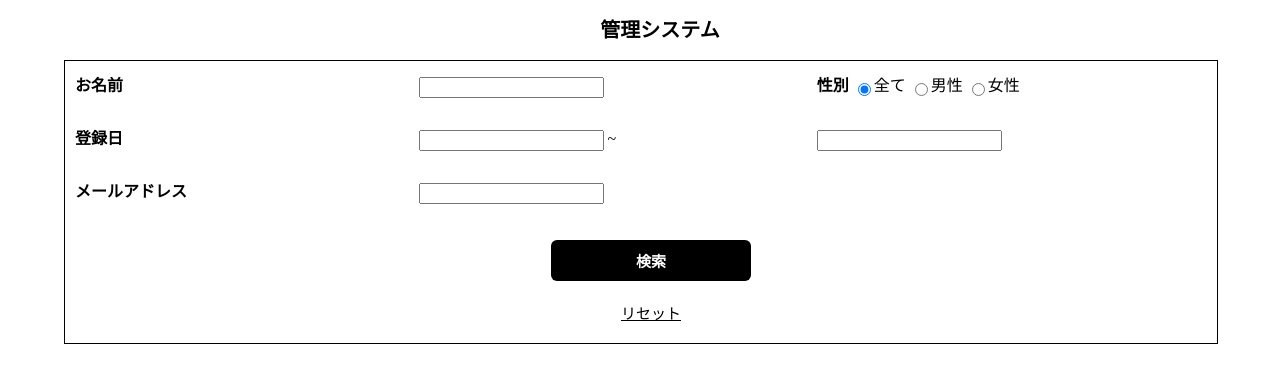
Repository: masanarimiura/20220723_miura_advance_test
Page: http://localhost/manage
The author's editor kept a copy of each file at every save. The page is drawn from the files as they stood at one save, then again after the next save.
The browser window is 1280 px wide. The pictures show the whole page.
The page is served by the project's Laravel application, run on PHP 8.4 with Laravel 8. Other server files are loaded and not shown.

Above is the page before, as saved 2022-07-19 20:30:04.

### routes/web.php
<?php

use Illuminate\Support\Facades\Route;
use App\Http\Controllers\ContactController;


Route::get('/', [ContactController::class, 'index']);
Route::post('/', [ContactController::class, 'input']);
Route::get('/confirm', [ContactController::class, 'retype']);
Route::post('/confirm', [ContactController::class, 'store']);
Route::get('/thanks', [ContactController::class, 'thanks']);
Route::get('/manage', [ContactController::class, 'manage']);

### app/Http/Controllers/ContactController.php
<?php

namespace App\Http\Controllers;

use Illuminate\Http\Request;
use App\Models\Contact;
use App\Http\Requests\ClientRequest;

class ContactController extends Controller
{
    public function index()
    {
        return view('index');
    }

    public function input(ClientRequest $request)
    {
        return view('confirm',$request);
    }

    public function retype(Request $request)
    {
        return redirect('/')->withInput();
    }

    public function store(Request $request)
    {
        // 登録処理
        return view('thanks');
    }

    public function thanks()
    {
        return view('thanks');
    }

    public function manage()
    {
        return view('manage');
    }



    // public function search(Request $request)
    // {
    //     $item = Contact::find($request->input);
    //     $param = [
    //         'item' => $item,
    //         'input' => $request->input
    //     ];
    //     return view('find', $param);
    // }
}

### resources/views/manage.blade.php
<!DOCTYPE html>
<html lang="ja">

<head>
  <meta charset="UTF-8">
  <meta name="viewport" content="width=device-width, initial-scale=1.0">
  <meta http-equiv="X-UA-Compatible" content="ie=edge">
  <title>advance_test</title>
  <style>
    html, body, div, span, object, iframe,
h1, h2, h3, h4, h5, h6, p, blockquote, pre,
abbr, address, cite, code,
del, dfn, em, img, ins, kbd, q, samp,
small, strong, sub, sup, var,
b, i,
dl, dt, dd, ol, ul, li,
fieldset, form, label, legend,
table, caption, tbody, tfoot, thead, tr, th, td,
article, aside, canvas, details, figcaption, figure,
footer, header, hgroup, menu, nav, section, summary,
time, mark, audio, video {
    margin:0;
    padding:0;
    border:0;
    outline:0;
    font-size:100%;
    vertical-align:baseline;
    background:transparent;
}

body {
    line-height:1;
}

article,aside,details,figcaption,figure,
footer,header,hgroup,menu,nav,section {
    display:block;
}

nav ul {
    list-style:none;
}

blockquote, q {
    quotes:none;
}

blockquote:before, blockquote:after,
q:before, q:after {
    content:'';
    content:none;
}

a {
    margin:0;
    padding:0;
    font-size:100%;
    vertical-align:baseline;
    background:transparent;
}

/* change colours to suit your needs */
ins {
    background-color:#ff9;
    color:#000;
    text-decoration:none;
}

/* change colours to suit your needs */
mark {
    background-color:#ff9;
    color:#000;
    font-style:italic;
    font-weight:bold;
}

del {
    text-decoration: line-through;
}

abbr[title], dfn[title] {
    border-bottom:1px dotted;
    cursor:help;
}

table {
    border-collapse:collapse;
    border-spacing:0;
}

/* change border colour to suit your needs */
hr {
    display:block;
    height:1px;
    border:0;
    border-top:1px solid #cccccc;
    margin:1em 0;
    padding:0;
}

input, select {
    vertical-align:middle;
}
/* ここまでreset.css */
.manage {
  width:90%;
  margin: 0 auto;
}
.manage h2{
  text-align:center;
  padding: 20px;
  font-size:20px;
  width: 100%;
}
.system {
  width:100%;
  border:solid 1px black;
}
.system form {
  width: 100%;
}
.system form table {
  width: 100%;
}
.system form table tr th {
  width: 30%;
  font-weight: bold;
  text-align: left;
  padding-left: 10px;
}
.system form table tr td {
  padding: 1em .5em;
}




.search-gender p {
  display: inline;
  font-weight: bold;
}




.submit-box {
  text-align:center;
  padding: 10px;
  font-size:20px;
  width: 100%;
}
.submit-btn{
  border-radius: 6px;
  margin: 10px auto 0;
  padding-top: 10px;
  padding-bottom: 10px;
  width: 200px;
  display: block;
  background: black;
  color: #fff;
  font-weight: bold;
  font-size: 15px;
  border: none;
  cursor: pointer;
}
.return-btn{
  border: none;
  margin: 0 auto;
  padding-bottom: 10px;
  display: block;
  background: #fff;
  color: black;
  font-size: 15px;
  text-decoration:underline;
  cursor: pointer;
}






.show-data {
  width:100%;
}
  </style>
</head>

<body>
  <div class="manage">
    <h2>管理システム</h2>
    <div class="system">
      <form action="">
        <table>
          @csrf
          <tr>
            <th>お名前</th>
            <td>
              <input type="text" name="full_name-search" value="" >
            </td>
            <td class="search-gender">
              <p>性別</p>
              <input type="radio" name="gender" value="全て" checked class="check-box">全て
              <input type="radio" name="gender" value="男性" class="check-box">男性
              <input type="radio" name="gender" value="女性" class="check-box">女性
            </td>
          </tr>
          <tr>
            <th>登録日</th>
            <td>
              <input type="text" name="begin-search-date" value="" >
              <span>~</span>
            </td>
            <td>
              <input type="text" name="end-search-date" value="" >
            </td>
          </tr>
          <tr>
            <th>メールアドレス</th>
            <td>
              <input type="text" name="email-search" value="" >
            </td>
          </tr>
        </table>
        <div class="submit-box">
          <button type="submit" class="submit-btn">検索</button>
        </div>
        <div class="submit-box">
          <button type="submit" formmethod="get" class="return-btn">リセット</button>
        </div>
      </form>
    </div>


    <div class="show-data">
    </div>
  </div>
</body>
</html>

<script>

</script>

Loaded but not shown: app/Providers/AppServiceProvider.php (common file); app/Http/Controllers/Controller.php (common file)

After the next save:
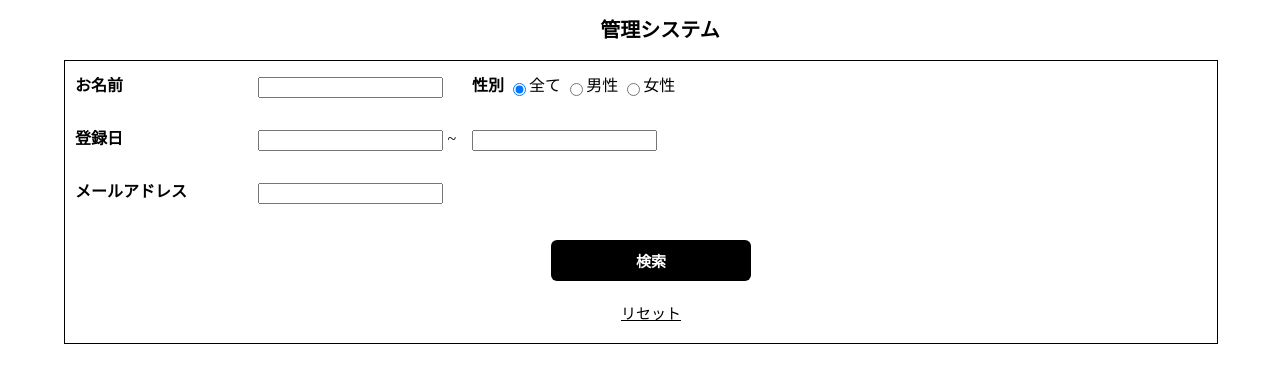
Saved 17 s later.
--- a/resources/views/manage.blade.php
+++ b/resources/views/manage.blade.php
@@ -119,9 +119,9 @@ input, select {
 .system form {
   width: 100%;
 }
-.system form table {
-  width: 100%;
-}
+/* .system form table {
+  width: 100%;
+} */
 .system form table tr th {
   width: 30%;
   font-weight: bold;
